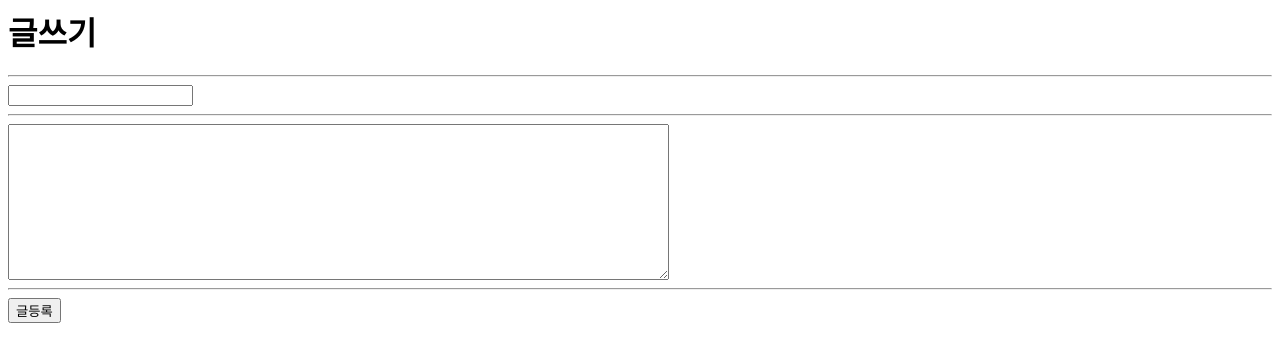
Repository: wkdtkgkek16/web01
Page: http://localhost/ex01/update.jsp
These files come from the project's save history. The page is drawn as it stood at one moment and after the next save; the edit follows.
The browser window is 1280 px wide. The pictures show the whole page.
The page is served by Tomcat 9. Other server files are loaded and not shown.

Above is the page before, as saved 2023-03-27 02:52:49.

### ex01/WebContent/update.jsp
<%@ page language="java" contentType="text/html; charset=UTF-8"
    pageEncoding="UTF-8"%>
<h1>글쓰기</h1>
<form>
	<hr/>
	<input type="text" name="title"/>
	<hr/>
	<textarea rows="10" cols="80"></textarea>
	<hr/>
	<button>글등록</button>
</form>

After the next save:
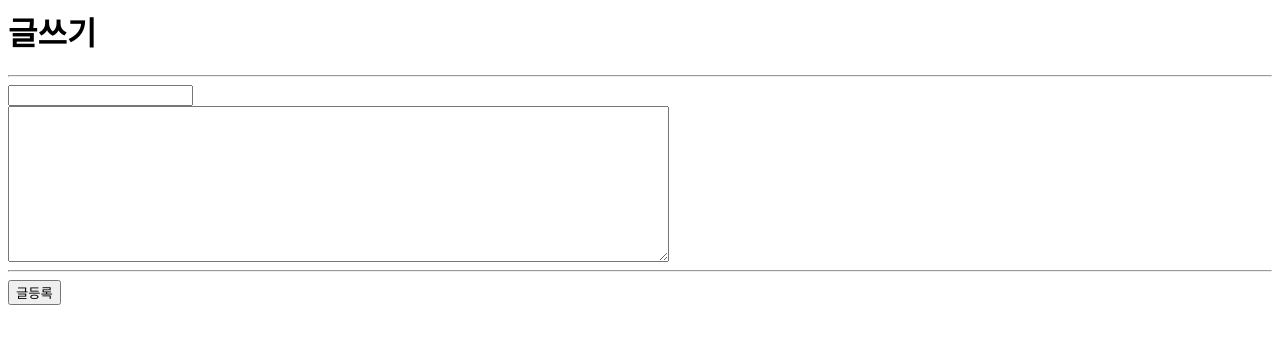
Saved 9 s later.
--- a/ex01/WebContent/update.jsp
+++ b/ex01/WebContent/update.jsp
@@ -4,7 +4,7 @@
 <form>
 	<hr/>
 	<input type="text" name="title"/>
-	<hr/>
+	<br/>
 	<textarea rows="10" cols="80"></textarea>
 	<hr/>
 	<button>글등록</button>
